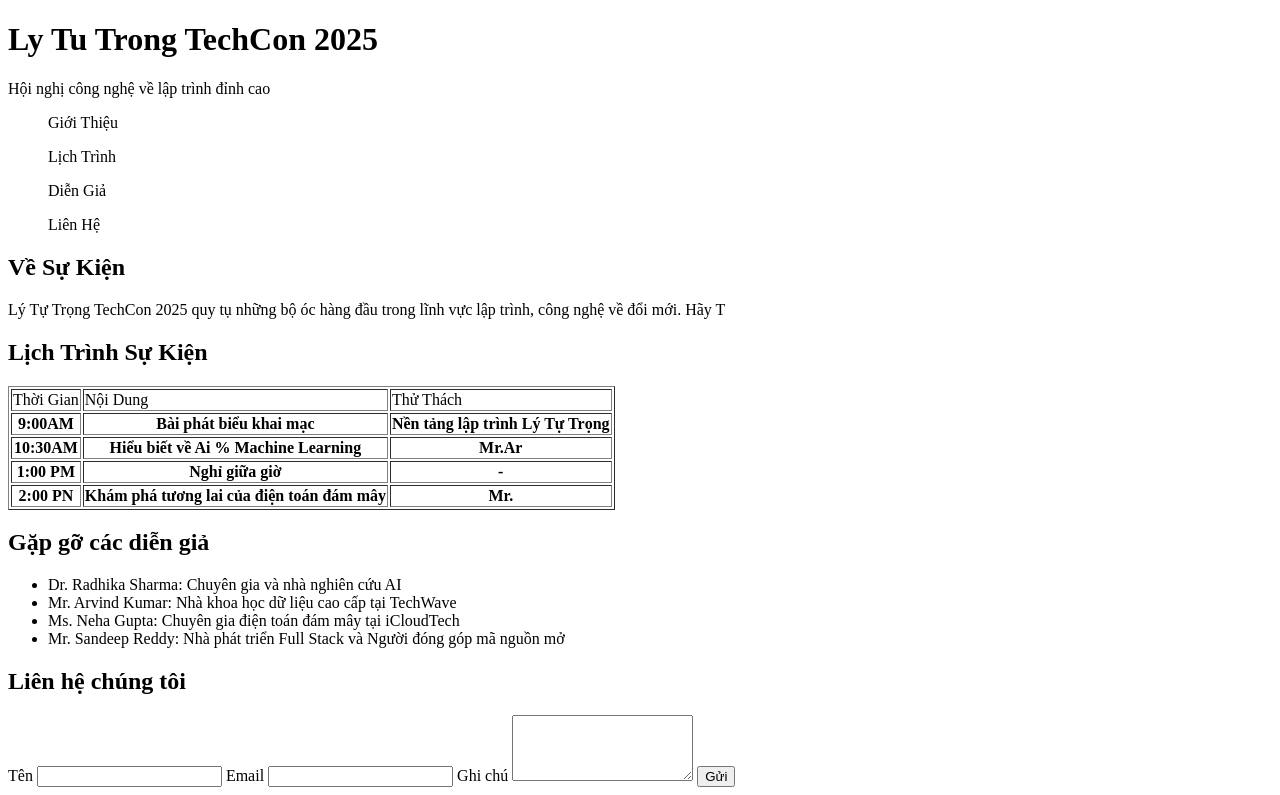
Repository: NhatMinh121/BaiTapVeNha1
Page: index.html
An editor plug-in stored every save of this project. The page is shown before and after the next save, followed by the edit.
The browser window is 1280 px wide. The pictures show the whole page.

Above is the page before, as saved 2025-03-28 22:29:49.

### index.html
<!DOCTYPE html>
<html lang="en">

<head>
    <meta charset="UTF-8">
    <meta name="viewport" content="width=device-width, initial-scale=1.0">
    <title>Document</title>
    <link rel="stylesheet" href="style.css">
</head>

<body>
    <header>
        <h1>Ly Tu Trong TechCon 2025</h1>
        <p>Hội nghị công nghệ về lập trình đỉnh cao</p>
        <div class="menu">
            <div>
                <ul>Giới Thiệu</ul>
                <ul>Lịch Trình</ul>
                <ul>Diễn Giả</ul>
                <ul>Liên Hệ</ul>
            </div>
        </div>
    </header>
    <main>
        <div class="main-event">
            <h2>Về Sự Kiện</h2>
            <p>Lý Tự Trọng TechCon 2025 quy tụ những bộ óc hàng đầu trong lĩnh vực lập trình, công nghệ về đổi mới. Hãy T</p>
        </div>
        <div class="main-schedule">
            <h2>Lịch Trình Sự Kiện</h2>
            <table border="1">
                <tr>
                    <td>Thời Gian</td>
                    <td>Nội Dung</td>
                    <td>Thử Thách</td>
                </tr>
                <tr>
                    <th>9:00AM</th>
                    <th>Bài phát biểu khai mạc</th>
                    <th>Nền tảng lập trình Lý Tự Trọng</th>
                </tr>
                <tr>
                    <th>10:30AM</th>
                    <th>Hiểu biết về Ai % Machine Learning</th>
                    <th>Mr.Ar</th>
                </tr>
                <tr>
                    <th>1:00 PM</th>
                    <th>Nghỉ giữa giờ</th>
                    <th>-</th>
                </tr>
                <tr>
                    <th>2:00 PN</th>
                    <th>Khám phá tương lai của điện toán đám mây</th>
                    <th>Mr.</th>
                </tr>
            </table>
        </div>
        <div class="Meeting">
            <h2>Gặp gỡ các diễn giả</h2>
            <ul>
                <li><span class="name">Dr. Radhika Sharma:</span> Chuyên gia và nhà nghiên cứu AI</li>
                <li><span class="name">Mr. Arvind Kumar:</span> Nhà khoa học dữ liệu cao cấp tại TechWave</li>
                <li><span class="name">Ms. Neha Gupta:</span> Chuyên gia điện toán đám mây tại iCloudTech</li>
                <li><span class="name">Mr. Sandeep Reddy:</span> Nhà phát triển Full Stack và Người đóng góp mã nguồn mở</li>
            </ul>
        </div>
    </main>

    <footer>
        <div class="footer-contract">
            <h2>Liên hệ chúng tôi</h2>
            <form action="#" method="post">
                <label for="name">Tên</label>
                <input type="text" id="name" name="name" required>
                <label for="email">Email</label>
                <input type="email" id="email" name="email" required>
                <label for="message">Ghi chú</label>
                <textarea id="message" name="message" rows="4" required></textarea>
                <input type="submit" value="Gửi">
            </form>
        </div>

    </footer>

</body>

Loaded but not shown: style.css (no stored copy; drawn as an empty file)

After the next save:
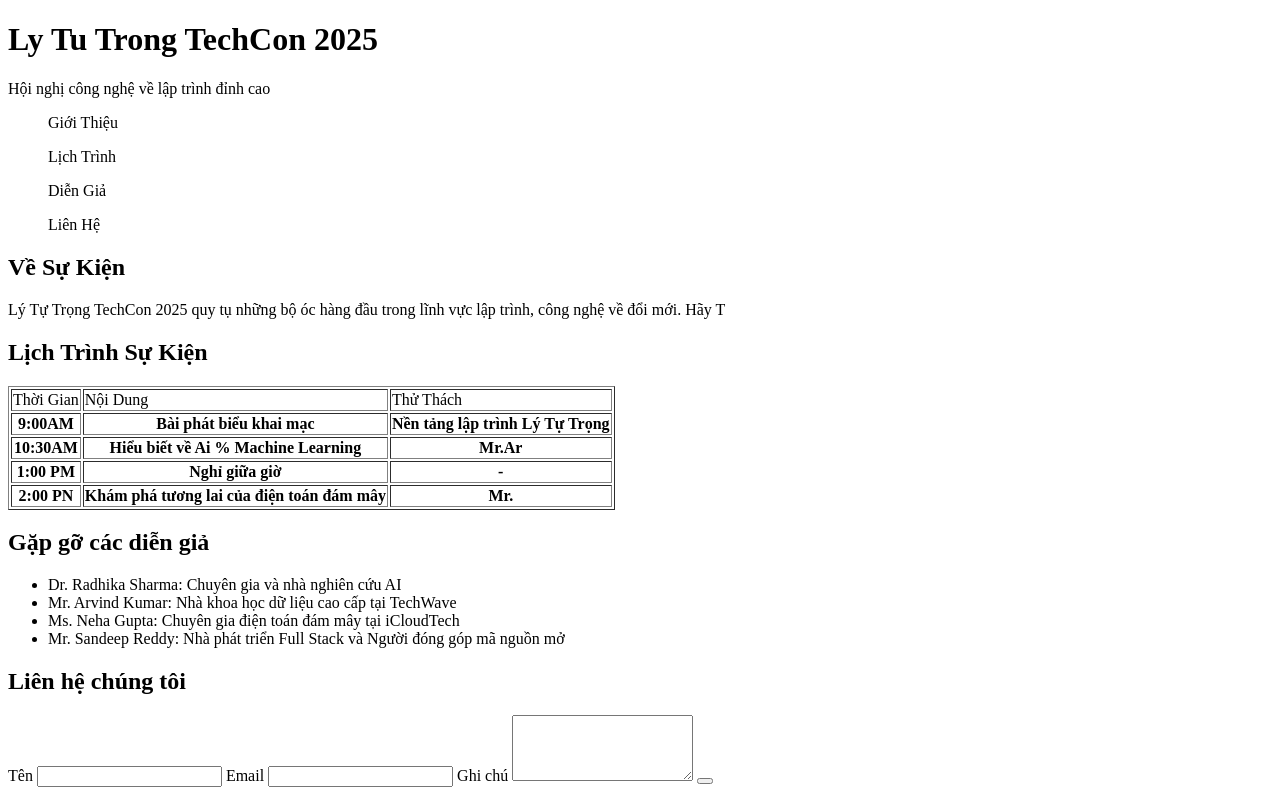
Saved 24 s later.
--- a/index.html
+++ b/index.html
@@ -77,7 +77,7 @@
                 <input type="email" id="email" name="email" required>
                 <label for="message">Ghi chú</label>
                 <textarea id="message" name="message" rows="4" required></textarea>
-                <input type="submit" value="Gửi">
+                <button type="submit" value="Gửi">
             </form>
         </div>
 

After the save that followed:
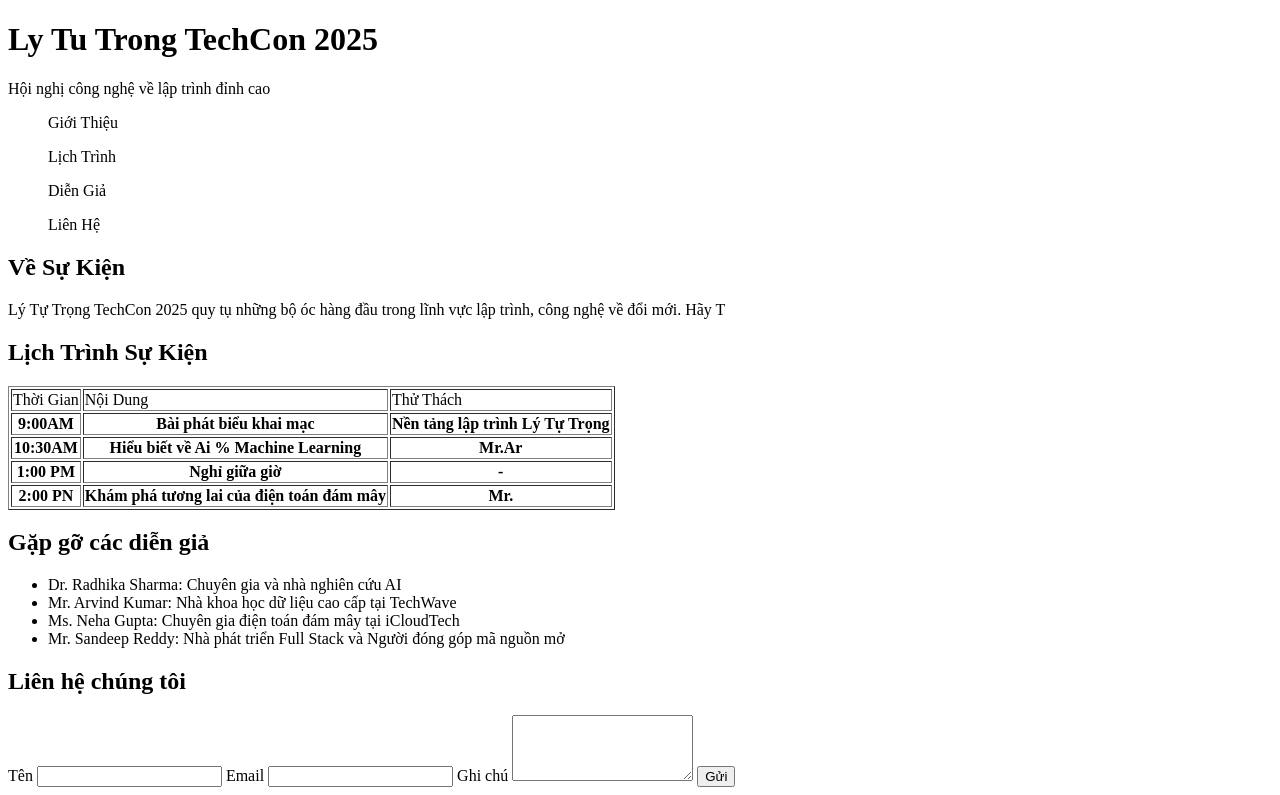
Saved 12 s later.
--- a/index.html
+++ b/index.html
@@ -77,7 +77,7 @@
                 <input type="email" id="email" name="email" required>
                 <label for="message">Ghi chú</label>
                 <textarea id="message" name="message" rows="4" required></textarea>
-                <button type="submit" value="Gửi">
+                <button type="submit" value="Gửi">Gửi</button>
             </form>
         </div>
 
